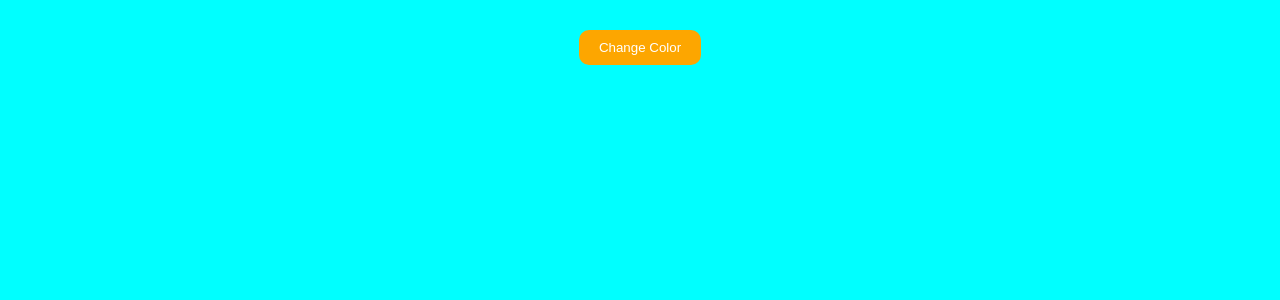
Repository: minhvtQA/randomBackgroundColor
Page: index.html
The author's editor kept a copy of each file at every save. The page is drawn from the files as they stood at one save, then again after the next save.
The browser window is 1280 px wide. The pictures show the whole page.
The first visible `button` is being pressed.

Above is the page before, as saved 2021-11-07 17:27:19.

### index.html
<!DOCTYPE html>
<html lang="en">
<head>
    <meta charset="UTF-8">
    <meta http-equiv="X-UA-Compatible" content="IE=edge">
    <meta name="viewport" content="width=device-width, initial-scale=1.0">
    <title>Document</title>

    <link rel="stylesheet" href="reset.css">
    <link rel="stylesheet" href="styles.css">
    <link href="https://fonts.googleapis.com/css2?family=Poppins:wght@100;300;700&display=swap" rel="stylesheet">
    <link rel="stylesheet" href="https://cdnjs.cloudflare.com/ajax/libs/font-awesome/6.0.0-beta2/css/all.min.css" integrity="sha512-YWzhKL2whUzgiheMoBFwW8CKV4qpHQAEuvilg9FAn5VJUDwKZZxkJNuGM4XkWuk94WCrrwslk8yWNGmY1EduTA==" crossorigin="anonymous" referrerpolicy="no-referrer" />
</head>
<body>
    <div class="background">
        <button>Change Color</button>
    </div>
    <script src="./index.js"></script>
</body>
</html>

### styles.css
html {
  margin: 0;
  padding: 0;
  font-size: 62.5%;
}
body {
  background-color: aqua;
}
.background {
  text-align: center;
  margin-top: 3rem;
}
button {
  padding: 1rem 2rem;
  border-radius: 1rem;
  text-align: center;
  background-color: #fda600;
  color: white;
  border: 0;
  /* outline: none; */
}

### index.js
const color = ["rgb(38, 70, 83)", "rgb(42, 157, 143)","rgb(233, 196, 106)","rgb(244, 162, 97)","rgb(231, 111, 81)"];
const background = document.body;
let button = document.querySelector("button");
let compareConflic = null;

function getRandomInt(max) {
    return Math.floor(Math.random() * max);
  }

button.addEventListener("click", (e)=> {
    console.log(e.target, e.type);
    let conflic = color[getRandomInt(color.length)];
    console.log(color.indexOf(conflic));

    if(conflic != compareConflic){
        compareConflic = conflic;
        background.style.backgroundColor = conflic;
    }
})
console.log(button);
console.log(color);
console.log(background);

Loaded but not shown: reset.css (common file)

After the next save:
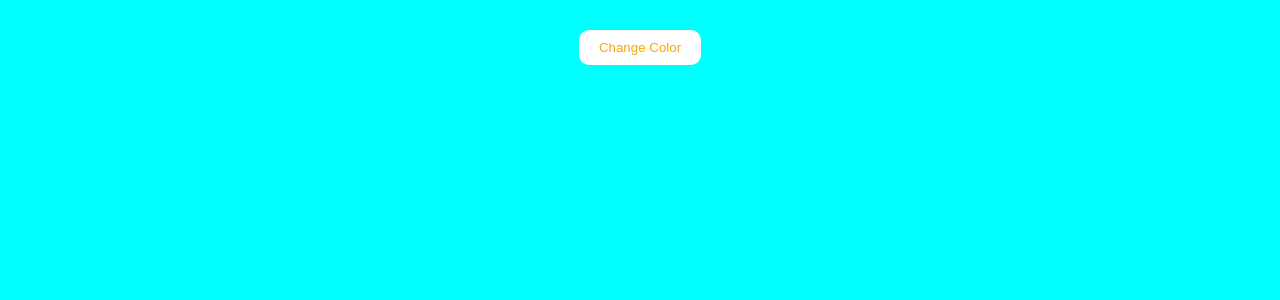
Saved 22 h 59 min later.
--- a/styles.css
+++ b/styles.css
@@ -19,3 +19,7 @@ button {
   border: 0;
   /* outline: none; */
 }
+button:active {
+  color: #fda600;
+  background-color: white;
+}
